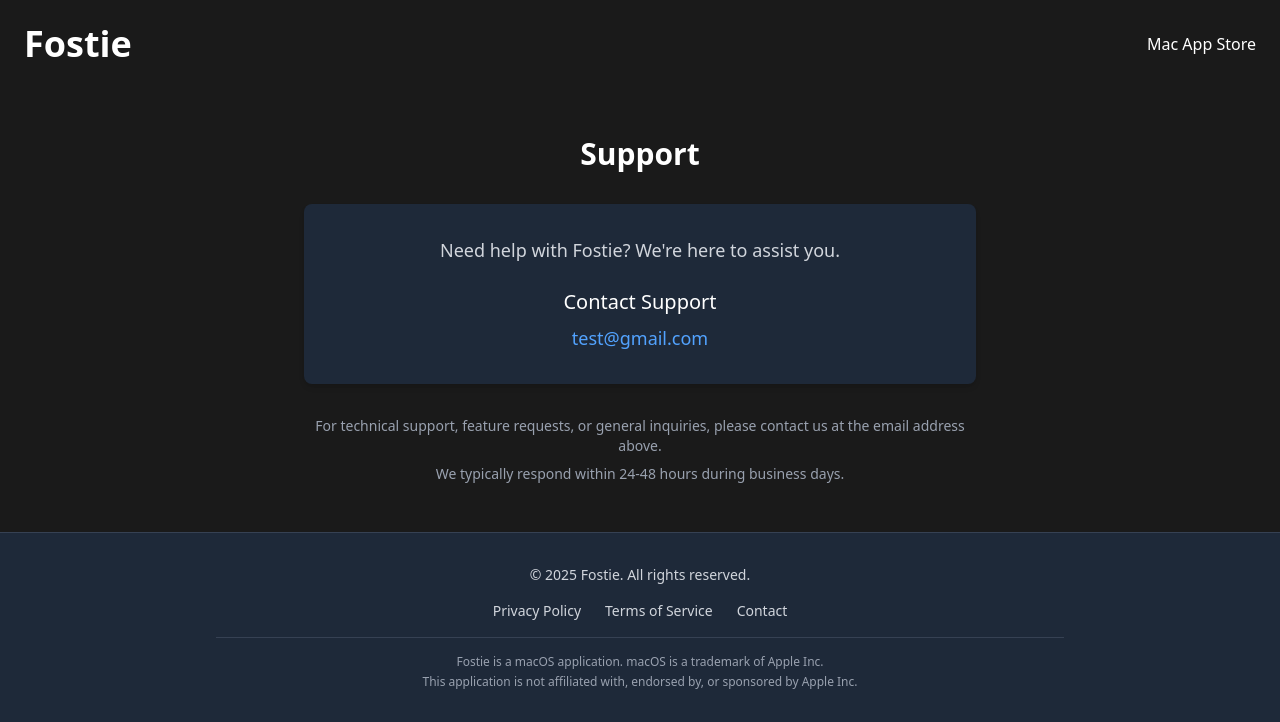
Repository: atimael/fostie-web
Page: /
These files come from the project's save history. The page is drawn as it stood at one moment and after the next save; the edit follows.
The browser window is 1280 px wide. The pictures show the whole page.
The project was rebuilt for these pictures with package versions that can differ from the ones it lists, and the page was loaded fresh each time. The framework's server and built-in components were replaced by stand-ins that run in the browser. Also part of the build but not shown: next.config.js.

Above is the page before, as saved 2025-05-26 21:52:28.

After the next save:
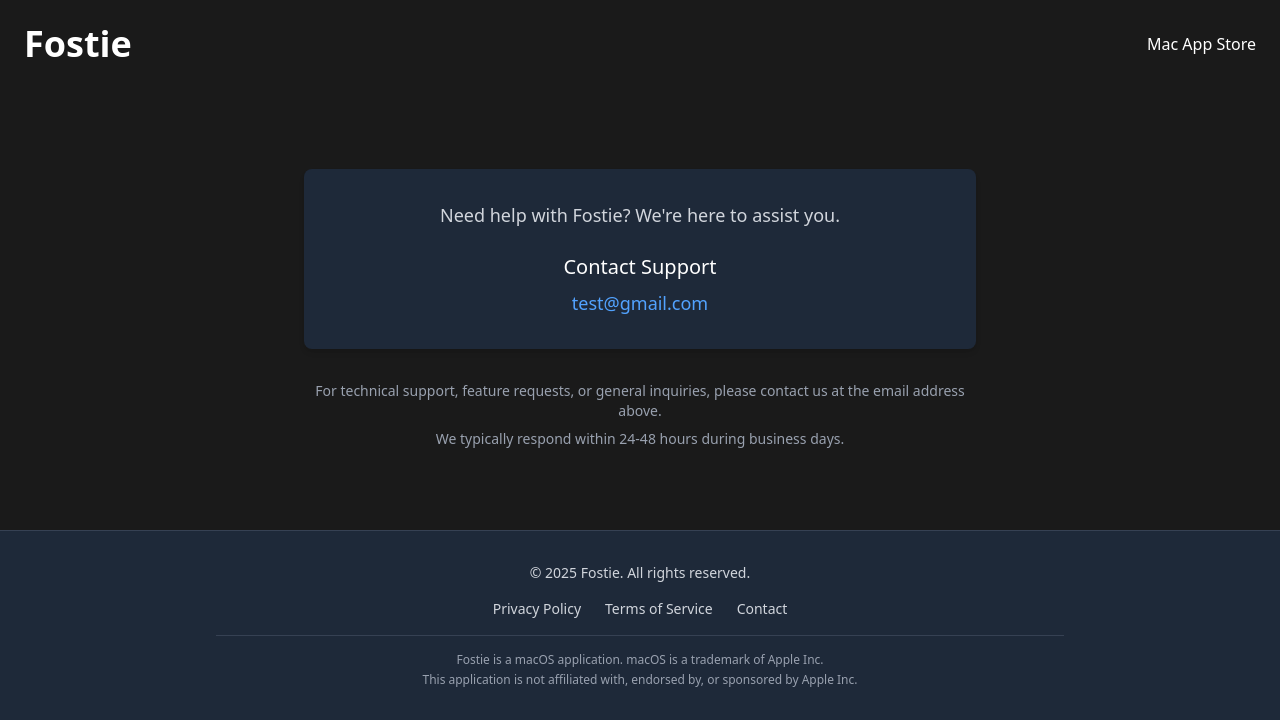
Saved 20 s later.
--- a/components/main.tsx
+++ b/components/main.tsx
@@ -2,10 +2,6 @@
   return (
     <div className="flex-1 flex items-center justify-center px-6 py-12">
       <div className="max-w-2xl mx-auto text-center">
-        <h2 className="text-3xl font-semibold text-gray-900 dark:text-white mb-8">
-          Support
-        </h2>
-
         <div className="bg-white dark:bg-gray-800 rounded-lg shadow-md p-8 mb-8">
           <p className="text-lg text-gray-700 dark:text-gray-300 mb-6">
             Need help with Fostie? We're here to assist you.
